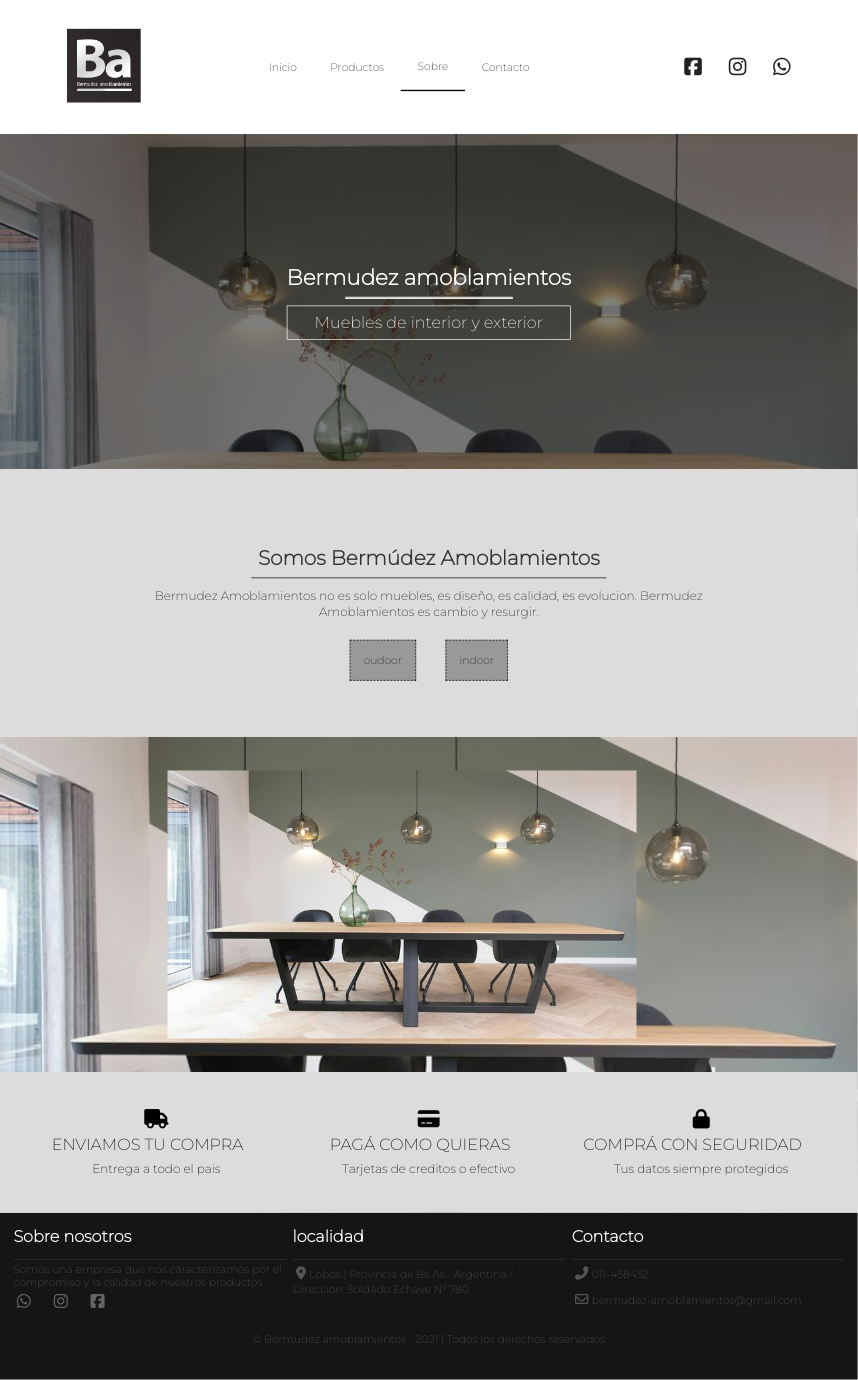
Repository: DamianBermudez94/Bermudez-amoblamientos
Page: index.html
These files come from the project's save history. The page is drawn as it stood at one moment and after the next save; the edit follows.
The browser window is 1280 px wide. The pictures show the whole page, at 67% of full size.
Backgrounds fixed to the window are drawn as part of the page. Some web libraries are served in a nearby version.

Above is the page before, as saved 2022-09-22 18:32:10.

### index.html
<!DOCTYPE html>
<html lang="es">
<head>
    <meta charset="UTF-8">
    <meta http-equiv="X-UA-Compatible" content="IE=edge">
    <meta name="viewport" content="width=device-width, initial-scale=1.0">

    <title>Bermudez-Amoblamientos</title>
    <link rel="shortcut icon" href="Imagenes/favicon (1).jpg" type="image/x-icon">
    <!--Estilos-->
    <link rel="preconnect" href="https://fonts.googleapis.com">
    <link rel="preconnect" href="https://fonts.gstatic.com" crossorigin>
    <link href="https://fonts.googleapis.com/css2?family=Montserrat:wght@200&display=swap" rel="stylesheet">
    <script src="https://kit.fontawesome.com/bdbed0aafa.js" crossorigin="anonymous"></script>
    <link rel="preconnect" href="https://fonts.gstatic.com">
    <link href="https://fonts.googleapis.com/css2?family=Roboto:ital,wght@0,300;0,400;1,100;1,300;1,700&display=swap" rel="stylesheet">
    <!--Componente del header-->
    <script defer src="./header/header.js"></script>
    <link rel="stylesheet" href="./header/header.css">

    <!--Componente del footer-->
    <script defer src="./footer/footer.js"></script>
    <link rel="stylesheet" href="./footer/footer.css">

    <script defer src="slider.js"></script>
    <!--Estilos del index-->
    <link rel="stylesheet" href="index.css">
    <script defer src="index.js"></script>

</head>
<body>
    <!--Ir arriba-->
    <div class="go-top">
        <span><i class="fas fa-chevron-up"></i> <a href="https://www.whatsapp.com"><i class="fab fa-whatsapp"></i></a></span>
    </div>
    <header class="header">

    </header>
    <main class="main" >
        <section class="welcome">
            <div class="welcome__container">
                <h1 class="welcome__title">Bermudez amoblamientos</h1>
                <hr class="linea-title">
                <p class="welcome__sub-title">Muebles de interior y exterior</p>

            </div>
        </section>


        <section class="sobre-nosotros">
            <div class="container-tip">
                <h2 class="title-somos-nosotros">Somos Bermúdez Amoblamientos</h2>

                <p class="title-parrafo">Bermudez Amoblamientos no es solo muebles, es diseño, es calidad, es evolucion. Bermudez Amoblamientos es cambio y resurgir.</p>
                <div class="enlaces">
                    <a class="btn-enlaces" href="oudoor.html">oudoor</a>
                    <a class="btn-enlaces" href="indoor.html">indoor</a>
                </div>
            </div>
        </section>
        <!--Seccion Productos-->

            <section class="section-slider">
                <div class="flexslider">
                    <div class="slider" id="slider">
                        <div class="slider-section">
                            <img class="slider-img" src="./indoor/img-indoor/imagenes-indoor/IMG-20210325-WA0018.jpg" alt="">
                            <!--<section class="flex-slider">
                              <h2 class="slider-title">Productos al 50%</h2>
                              <p class="slider-txt">Ofertas</p>
                              <a href="" class="slider__link">Comprar</a>
                            </section>-->
                        </div>
                        <div class="slider-section">
                            <img class="slider-img" src="./indoor/img-indoor/imagenes-indoor/IMG-20210325-WA0019.jpg" alt="">
                            <!--<section class="flex-slider">
                              <h2 class="slider-title">Productos al 50%</h2>
                              <p class="slider-txt">Ofertas</p>
                              <a href="" class="slider__link">Comprar</a>
                            </section>-->

                        </div>
                        <div class="slider-section" >
                            <img class="slider-img" src="./indoor/img-indoor/imagenes-indoor/IMG-20210325-WA0028.jpg" alt="">
                            <!--<section class="flex-slider">
                              <h2 class="slider-title">Productos al 50%</h2>
                              <p class="slider-txt">Ofertas</p>
                              <a href="" class="slider__link">Comprar</a>
                            </section>-->

                        </div>
                    </div>
                    <!--<span class="btn-slider slider_btn-right" id="btn-right"><i class="fas fa-chevron-right"></i></i></span>
                    <span class="btn-slider slider_btn-left" id="btn-left"><i class="fas fa-chevron-left"></i></span>-->
                </div>
            </section>
                <!--<div class="container-editor">
                    <div class="editor__item">
                        <img src="Imagenes/IMG-20210325-WA0014.jpg" alt="" class="editor-img">
                        <p class="editor-circle">Muebles de interior</p>
                    </div>
                    <div class="editor__item">
                        <img  src="Imagenes/IMG-20210325-WA0026.jpg" alt="" class="editor-img">
                        <p class="editor-circle">Muebles de exterior</p>
                    </div>
                </div>-->
            <!--Seccion tips de compras -->
            <section class="container-tips">
                <div class="tip">
                    <i class="tip-icon fas fa-truck"></i>
                    <h2 class="tip-title">ENVIAMOS TU COMPRA</h2>
                    <p class="parrafo-tips">Entrega a todo el pais</p>

                   <!-- <a href="" class="btn-tip">Comprar</a>
                  <a href="" class="btn-tip">comprar</a>
                  <a href=""class="btn-tip">Comprar</a>-->
                </div>
                <div class="tip">
                    <i class="fas fa-credit-card"></i>
                    <h2 class="tip-title">PAGÁ COMO QUIERAS</h2>
                    <p class="parrafo-tips">Tarjetas de creditos o efectivo</p>

                </div>
                <div class="tip">
                    <i class="fas fa-lock"></i>
                    <h2 class="tip-title">COMPRÁ CON SEGURIDAD</h2>
                  <p class="parrafo-tips">Tus datos siempre protegidos</p>
                </div>

            </section>

    </main>
    <!--Footer-->

    <footer class="footer">

    </footer>
</body>
</html>

### header/header.css
/** Estilos del header **/

.header {
 background-color: #fff;

}

.main-header .container {
  position: fixed;
  top: 0;
  left: 0;
  width: 100%;
  height: 30%;
  display: flex;
  align-items: center;
  justify-content: space-between;
  background: #fff;
  z-index: 9999999999;
  padding: 50px;
}

.main-header__container {
  width: 100%;
  display: flex;
  justify-content:space-between;
  padding: 50px;
}
.redes-sociales {
  color: #212121;
  font-size: 35px;
  margin: 5px;
}

.redes-sociales:hover {
  color: #154f66;
}

.main-header__container-redes {
  display: none;
}

.title-img {
  object-fit: cover;
  width: 100px;
  height: 100px;

}
.img_title {
  position: relative;
  top: 0;
  left: 10px;
}

/** Estilos del Menu **/
.main-nav {
  opacity: 0;
  visibility: hidden;
  transition: all 0.5s;
  z-index: 9999999;
}
.mostrar {
  opacity: 1;
  visibility: visible;
}

.menu {
  position: absolute;
  top: 120px;
  left: 0;
  background: #212121;
  width: 100%;
  list-style: none;
  margin: 0;
  padding: 0;
}
.menu__items {
  margin: auto;
}

.menu-link {
  padding: 25px;
  border-bottom: 1px solid #646464;
  color: #fff;
  text-decoration: none;
  display: block;
}
.menu-link:hover {
  background: #000;
  color: #fff;
}

.sub-menu {
  display: none;
}

.sub-link {
  padding-left: 45px;
  border-bottom: 1px solid #646464;
  text-decoration: none;
  color: #fff;
  display: block;
  font-weight: 300;
  font-size: 16px;
}
.sub-link:hover {
  background: #000;
  color: #fff;
  width: 100%;
}
.sub-items .sub-link {
  list-style: none;
  margin: 0 10px;
  padding: 25px 0;
  padding-left: 48px;
}

.main-header__btn {
  border: 1px solid #000;
  display: block;
  padding: 10px 30px;
  color: #000;
  margin: 10px 0;
  text-decoration: none;
}
.btn-menu{
  position: relative;
  top: 35px;
  left: 95px;
  cursor: pointer;
  transition: all 0.5s ease-in-out ;
}
.menu-btn_burger{
  width: 30px;
  height: 3px;
  position: relative;
  top: 35px;
  left: 20px;
  border-radius: 5px;
  background-color: #000;
  transition: all 0.5s ease-in-out;
}
.menu-btn_burger::before,
.menu-btn_burger::after{
 content: "";
 position: absolute;
 top:0;
 left: 0;
 width: 30px;
 height: 3px;
 background-color: #000;
 border-radius: 5px;
 transition: all 0.5s ease-in-out;
}
.menu-btn_burger::before{
  transform: translateY(-16px);
}
.menu-btn_burger::after{
  transform: translateY(16px);
}
.btn-menu.open .menu-btn_burger {
  transform: translateX(-50px);
  background-color: transparent;
}
.btn-menu.open .menu-btn_burger::before {
  transform: rotate(45deg) translate(35px, -35px);
}
.btn-menu.open .menu-btn_burger::after {
  transform: rotate(-45deg) translate(35px, 35px);
}
@media (min-width: 760px) {
  .header {
    height: 200px;
    justify-content: space-between;

  }

  .main-header__container{
    height: 200px;
    padding: 50px;
  }
  .main-header__container-redes{
    display: flex;
    justify-content: space-between;
    align-items: center;
    padding: 20px;
  }
  .redes-sociales {
    color: #212121;
    font-size: 25px;
    margin: 10px;
    position: relative;
    top: 0;
    left: 0;
    display: block;
  }
  .img_title {
   top: 30px;
  }

  .menu {
    top: 180px;
  }
  .title-somos-nosotros {
    font-size: 28px;
    text-align: center;
    padding: 10px;
  }
}


@media (min-width: 960px) {

  .main-header__container {
    display: flex;
    align-items: center;
    justify-content: space-between;
    padding: 80px;


  }

  .main-nav {
    visibility: visible;
    opacity: 1;
    width: 100%;
    right: 25px;
    margin: 0;
    padding: 15px;
  }
  .main-header-link {
    color: #333;
    border-bottom: none;
  }
  .main-header__container .main-nav .menu li a.active {
    border-bottom: 2px solid #000;
  }

  .menu {
    position: static;
    width: 100%;
    display: flex;
    align-items: center;
    justify-content: center;
    background: none;
  }

  .menu__items {
    padding: 0;
    margin: 0;
    display: flex;
  }
  .menu-link {
    color: #212121;
    border-bottom: none;
  }
  .menu-link:hover {
    color: #f7f7f7;
  }

  .main-nav .menu .sub-menu {
    display: none;
    transition: all 0.5s;
  }
  .main-nav .menu .menu__items {
    display: flex;
    justify-content: space-between;
    align-items: center;
  }

  .menu .menu__items:hover .sub-menu {
    display: block;
    position: absolute;
    top: 120px;
    left: 485px;
    width: 300px;
  }

  .sub-link {
    position: relative;
    top: 15px;
    left: 15px;
    width: 300px;
    text-decoration: none;
    color: #151515;
    background: #f7f7f7;
    font-size: 16px;
    transition: all 0.5s;
  }
  .sub-link:hover {
    max-width: 300px;
    color: #fff;
    background: #151515;
  }
  .sub-items {
    list-style: none;
  }

  .title-img {
    object-fit: cover;
    font-size: 24px;
    width: 150px;
    height: 150px;
    padding: 20px;
    margin: 0;
  }
  .img_title {
    position: initial;
  }

  .main-header__container-redes {
    padding: 20px;
  }
  .redes-sociales {
    position: relative;
    top: 0;
    left: 20px;
    margin: 15px;
    padding: 5px;
    font-size: 30px;
    display: block;
  }
  .btn-menu {
    display: none;
  }
}

### footer/footer.css
/** Estilos Del footer **/

.footer {

  padding: 20px;
  background: #151515;
  color: #fff;
}
.redes-footer {
  padding: 15px;
  position: relative;
  top: 0;
  left: -10px;
  font-size: 1.5em;
  color: #646464;
  margin: 0;
  transition: all 0.5s;
}
.redes-footer:hover {
  color: #fff;
}
.footer-txt {
  color: #555;
  padding: 5px 0;
}
.footer-link {
  color: #555;
  text-decoration: none;
  display: block;
  padding: 10px 0;
}

.title-footer {
  border-bottom: 1px dotted #555;
  padding-bottom: 20px;
}
.redes {
  font-size: 20px;
  margin: 5px;
}
.container-copy{
  text-align: center;
  padding: 10px;
}
.copy {
  color: #555;
  margin: 10px 0;
  padding: 10px;
}
@media screen and (min-width:720px) {
  .container-footer {

    display: grid;
    grid-template-columns: repeat(3, 1fr);
    gap: 10px;

  }

}

### index.css
* {
  padding: 0;
  margin: 0;
  box-sizing: border-box;
  font-family: 'Montserrat', sans-serif;
}

/** Go top **/
.go-top {
  position: fixed;
  bottom: 0px;
  right: -100%;
  width: 50px;
  height: 50px;

  background: #fff;
  z-index: 9999;
  display: flex;
  justify-content: center;
  align-items: center;
  cursor: pointer;
  transition: 500ms;
}
.go-top:hover {
  border: 2px solid #fff;
  border-radius: 50%;
  background: rgb(71, 71, 71);
}
.go-top:hover span {
  color: #fff;
}
.go-top > span {
  font-size: 25px;
  color: #000;
}
main{
  background: url("./indoor/img-indoor/imagenes-indoor/IMG-20210325-WA0018.jpg");
  background-attachment: fixed;
  background-position:center;
  background-size:cover;
}

/** Diseño del Welcome**/

.welcome {
  width: 100%;
  height: 500px;
  background-color: rgba(0, 0, 0, 0.5);
  display: flex;
  align-items: center;
  justify-content: center;
  flex-direction: column;
}

.welcome__title {
  font-size: 32px;
  color: #fff;
  font-weight: 700;
  text-align: center;
  margin: 10px;
}

.welcome hr {
  width: 250px;
  margin: auto;
  height: 3px;
  background: #fff;
}
.welcome__sub-title {
  font-size: 24px;
  margin: 10px;
  color: #fff;
  border: 1px solid #fff;
  padding: 10px;

  text-align: center;
}

/** Fin del style**/

/********* Seccion sobre nosotros ****/
.sobre-nosotros{
  width: 100%;
  height: 400px;
}
.container-tip {
  display: flex;
  justify-content: center;
  align-items: center;
  flex-direction: column;
  height: 100%;
  margin: 0;
  padding:10px;
  background-color: #dcdcdc;
}
.title-somos-nosotros {

  font-size: 24px;
  font-weight: bold;
  text-align: center;
  color: #333;
  border-bottom: 1px solid #000;
}

.title-parrafo {
 width: 70%;
  text-align: center;
  font-weight: 400;
  font-size: 18px;
  margin-top: 15px;
  line-height: 24px;
  color: #151515;
}
.enlaces {
  margin-top: 50px;
}
.btn-enlaces {
  width: 100%;
  padding: 20px;
  margin:20px;
  text-decoration: none;
  border: 1px dashed #000;
  transition: all 0.5s;
  cursor: pointer;
  color: #212121;
  background: #999999;
}
.btn-enlaces:hover {
  background: #212121;
  color: #fff;
}


/*****Diseño del slider****/

.flexslider {
  width: 100%;
  height: 500px;
  position: relative;
  overflow: hidden;

}
.slider {
  display: flex;
  width: 300%;
  height: 300px;
  margin-left: -100%;
  position: relative;
}


.slider-section {
  position: relative;
  top: 50px;
  width: 100%;
  display: flex;
  justify-content: center;
  align-items: center;

}

.slider-img {
  position: absolute;
  top: 0;
  width: 300px;
  height: 400px;
  object-fit: cover;

}



/** Seccion tips informaticos **/

.container-tips {
  height: 500px;
  padding: 30px;
  text-align: center;
  background-color: #dcdcdc;
}
.tip-title {
  font-size: 16px;
  font-weight: 300;
}

.tip i {
  font-size: 24px;
  padding: 20px 0;
}
.parrafo-tips {
  font-size: 14px;
  text-align: center;
  font-weight: 300;
  margin-top: 8px;
}

/** Estilo responsive para tablet **/

@media screen and (min-width: 768px) {

  .slider-img {
    width: 600px;
    height: 400px;
    object-fit: cover;

  }
  .container-tips {
    display: grid;
    grid-template-columns: repeat(3, 1fr);
  }
  .tip-icon {
    font-size: 29px;
  }
  .tip-title {
    font-size: 24px;
    font-weight: 700;
  }
  .parrafo-tips {
    font-size: 18px;
  }
  .title-somos-nosotros{
    font-size: 30px;
  }
}

@media (min-width: 1024px) {
  /**header **/
  .header-img {
    display: flex;
    justify-content: center;
    align-items: center;
    margin: 0 auto;
  }
  .header-img .welcome h1 {
    font-size: 50px;
    color: #fff;
    font-weight: 700;

    margin-bottom: 35px;
  }
  .header-img .welcome .linea-title {
    width: 400px;
    height: 5px;
    background: #fff;
    border: none;
    margin-top: -15px;
    text-align: center;
  }
  .header-img .welcome p {
    width: 500px;
    font-size: 30px;
    font-weight: 200;
    color: #fff;
    border: 3px solid #fff;
    padding: 10px;
    margin-top: 30px;
  }

  /** Fin del header **/


  /**** Seccion slider ****/

  .slider-img {
    width: 600px;
    height: 400px;


  }



  /***** Seccion Tips **/
  .container-tips {
    width: 100%;
    height: 100%;
    position: relative;
  }

  .tip-title {
    padding-right: 26px;
    font-weight: 400;
  }
  .tip {
    padding: auto;
    margin: 15px auto;
  }
  .tip i {
    font-size: 29px;
    text-align: center;
    padding: 10px 10px;
  }
  .parrafo-tips {
    font-size: 18px;
    margin: 10px auto;
  }
}
@media screen and (min-width: 1280px) {
  .main-header {
    position: relative;
    width: 100%;
  }
  .main-header .container {
    position: absolute;
    top: 0;
    left: 0;
    width: 100%;
    height: 30%;
    background: #fff;
    display: flex;
    justify-content: space-between;
    align-items: center;
    z-index: 9999999999;
  }
  .container {
    width: 1000px;
    margin: auto;
  }
  .main-header__container:nth-child(3) {
    padding-left: 50px;
  }


  .slider-img {
    width: 700px;
    height: 400px;

  }
}
@media screen and (min-width: 1600px) {
  .main-header {
    position: relative;
    width: 100%;
  }
  .main-header .container {
    position: fixed;
    top: 0;
    left: 0;
    width: 100%;
    height: 30%;
    background: #fff;
    display: flex;
    justify-content: space-between;
    align-items: center;
    z-index: 9999;
  }
  .container {
    width: 1400px;
    margin: auto;
  }
  .main-header__container:nth-child(3) {
    padding-left: 100px;
  }
}

### footer/footer.js
function footerComponet(el) {
  const footerEl = document.createElement("div");
  footerEl.innerHTML = `  <div class="container-footer">
    <div class="footer-section">
        <h2 class="title-footer">Sobre nosotros</h2>
        <p class="footer-txt">Somos una empresa que nos caracterizamos por el compromiso y la calidad de nuestros productos</p>
        <a href="" class="redes-footer"><i class="fab fa-whatsapp"></i></a>
        <a href="" class="redes-footer"><i class="fab fa-instagram"></i></a>
        <a href="" class="redes-footer"><i class="fab fa-facebook-square"></i></a>
    </div>

    <div class="footer-section">
      <h2 class="title-footer">localidad</h2>
      <p class="footer-txt"><i class="fas fa-map-marker-alt redes"></i>Lobos | Provincia de Bs As - Argentina / Direccion: Soldado Echave Nº 780</p>

    </div>
    <div class="footer-section">
      <h2 class="title-footer">Contacto</h2>
      <p class="footer-txt"><i class="fas fa-phone-alt redes"></i>011-458452</p>
      <p class="footer-txt"><i class="far fa-envelope redes"></i>bermudez-amoblamientos@gmail.com</p>
    </div>



  </div>
  <div class="container-copy">
    <p class="copy">&copy; Bermudez amoblamientos - 2021 | Todos los derechos reservados </p>
  </div>
  `;

  el.appendChild(footerEl);
  console.log("sadasdasd", footerEl);
}

### slider.js
// Animacion slider

const slider = document.querySelector("#slider");
let sliderSection = document.querySelectorAll(".slider-section");
let sliderSectionLast = sliderSection[sliderSection.length - 1];

slider.insertAdjacentElement("afterbegin", sliderSectionLast);

function nextRight() {
  let sliderSectionFirts = document.querySelectorAll(".slider-section")[0];

  slider.style.marginLeft = "-200%";
  slider.style.transition = "0.8s ease-in-out";

  setTimeout(function () {
    slider.style.transition = "none";
    slider.insertAdjacentElement("beforeend", sliderSectionFirts);
    slider.style.marginLeft = "-100%";
  }, 1200);
}
function Prev() {
  let sliderSection = document.querySelectorAll(".slider-section");
  let sliderSectionLast = sliderSection[sliderSection.length - 1];
  slider.style.marginLeft = "0";

  setTimeout(function () {
    slider.style.transition = "none";
    slider.insertAdjacentElement("afterbegin", sliderSectionLast);
    slider.style.marginLeft = "-100%";
  }, 1200);
}

/*btnLeft.addEventListener("click", function () {
  Prev();
});
const btnRight = document.querySelector("#btn-right");
const btnLeft = document.querySelector("#btn-left");

btnRight.addEventListener("click", function () {
  nextRight();
});*/

setInterval(function () {
  nextRight();
}, 5000);

### index.js
function main() {
  headertComponet(document.querySelector(".header"));
  footerComponet(document.querySelector(".footer"));

  menu();
}
main();

Loaded but not shown: header/header.js (89 lines, source omitted)

After the next save:
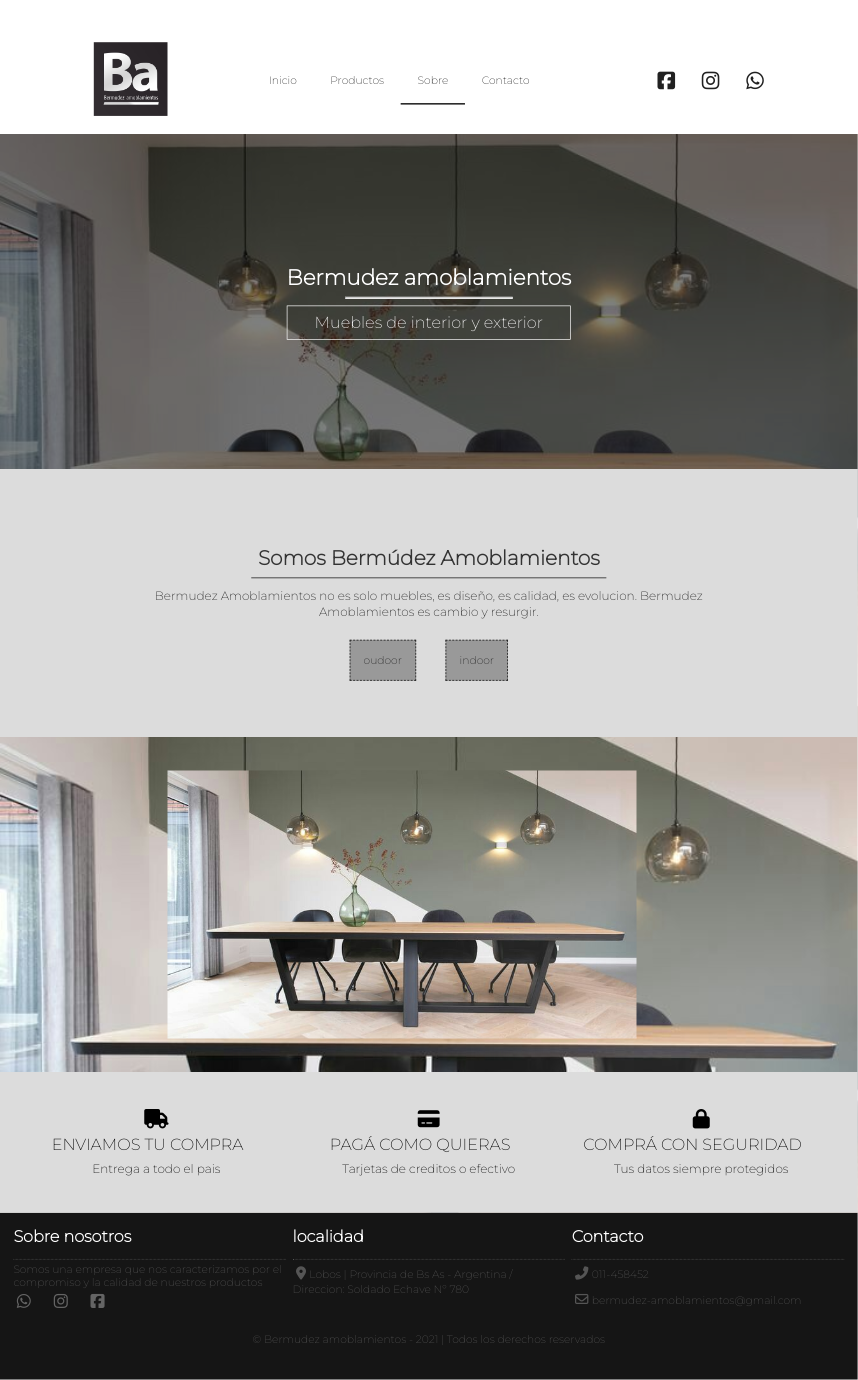
Saved 12 s later.
--- a/header/header.css
+++ b/header/header.css
@@ -214,7 +214,7 @@
     display: flex;
     align-items: center;
     justify-content: space-between;
-    padding: 80px;
+    padding: 120px;
 
 
   }
